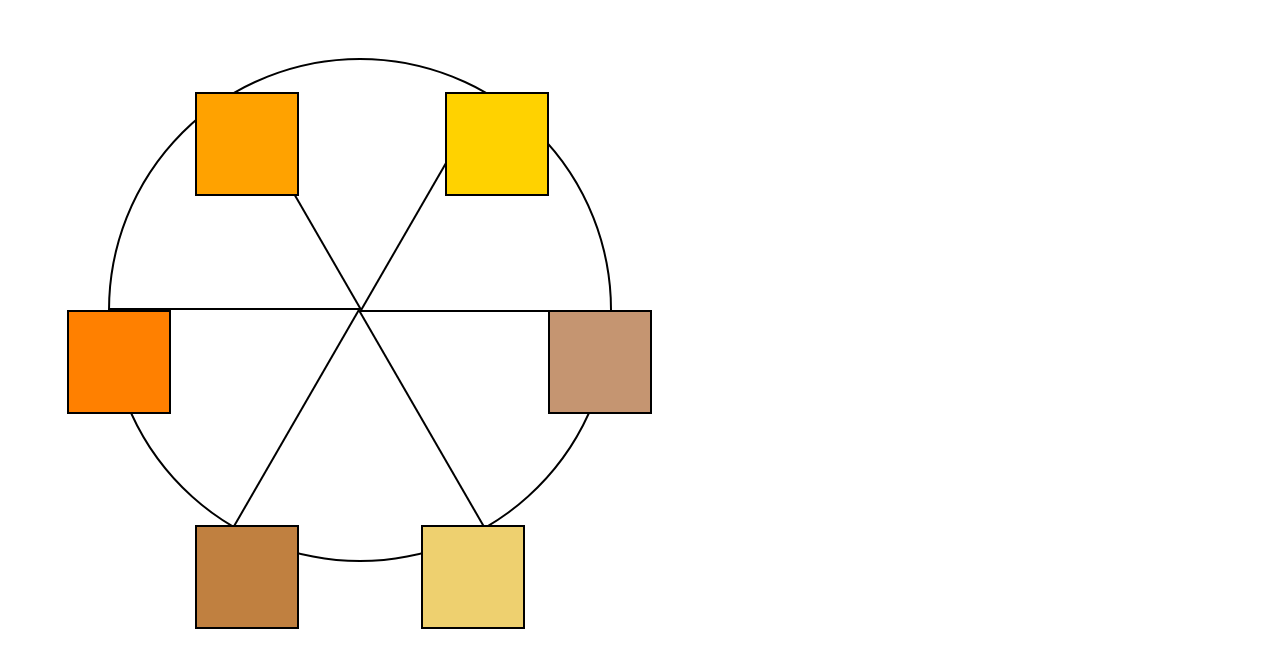
Repository: Lungdjos/ferris_wheel
Page: index.html
An editor plug-in stored every save of this project. The page is shown before and after a run of saves, followed by the edit.
The browser window is 1280 px wide. The pictures show the whole page.

Above is the page before, as saved 2024-01-11 11:17:27.

After the next 2 saves:
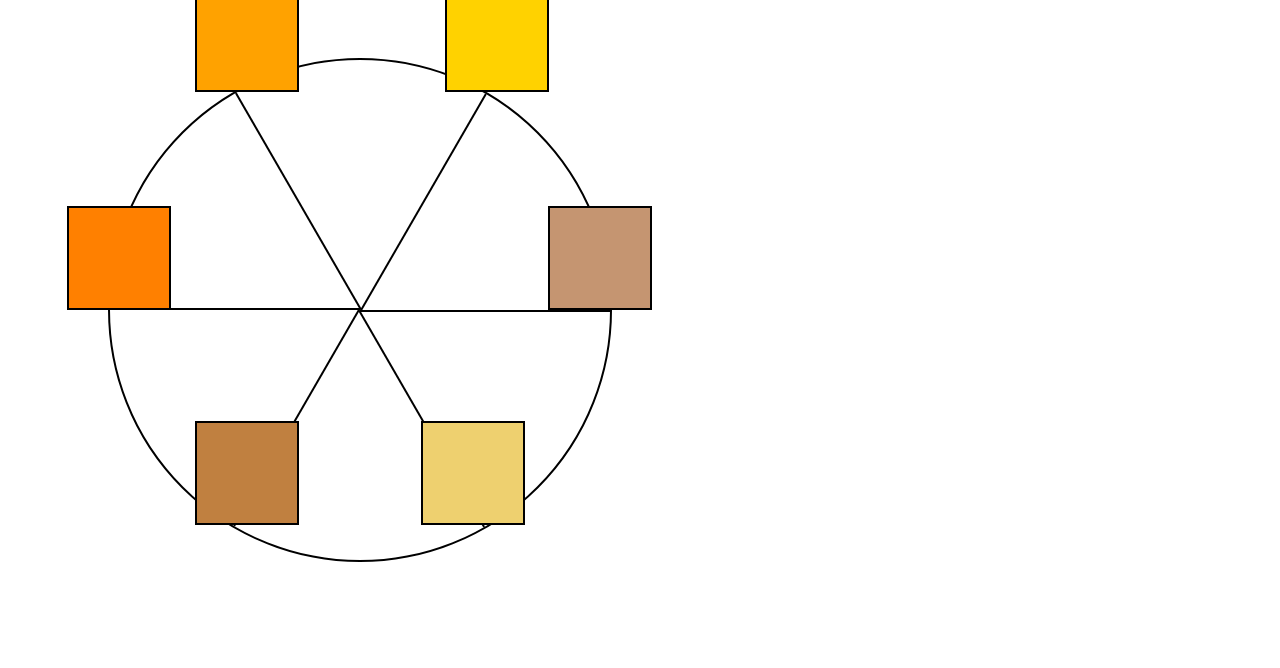
The 2 saves are shown as one change because they came seconds apart.
The last was saved 12 s later.
--- a/styles.css
+++ b/styles.css
@@ -120,7 +120,7 @@
         transform: rotate(0deg);
         background-color: yellow;
     }
-    100% {
+    50% {
         transform: rotate(-360deg);
     }
 }

After the 3 saves that followed:
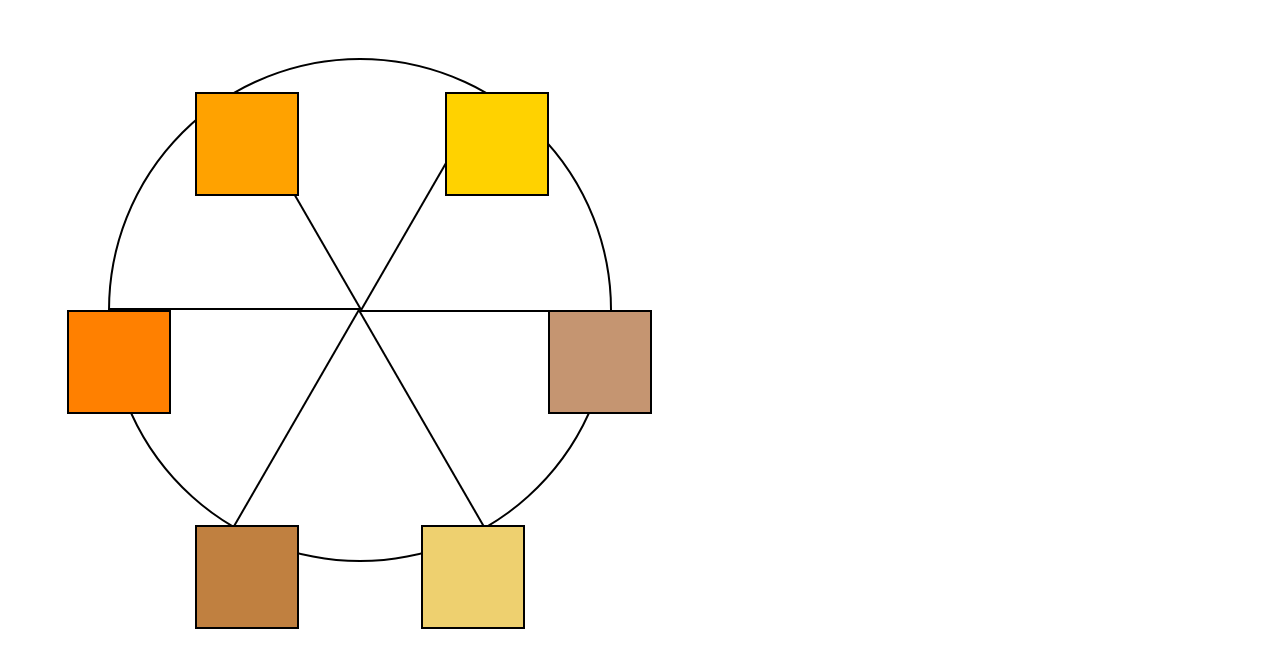
The 3 saves are shown as one change because they came seconds apart.
The last was saved 11 s later.
--- a/styles.css
+++ b/styles.css
@@ -120,7 +120,8 @@
         transform: rotate(0deg);
         background-color: yellow;
     }
-    50% {
+    50% {}
+    100% {
         transform: rotate(-360deg);
     }
 }
